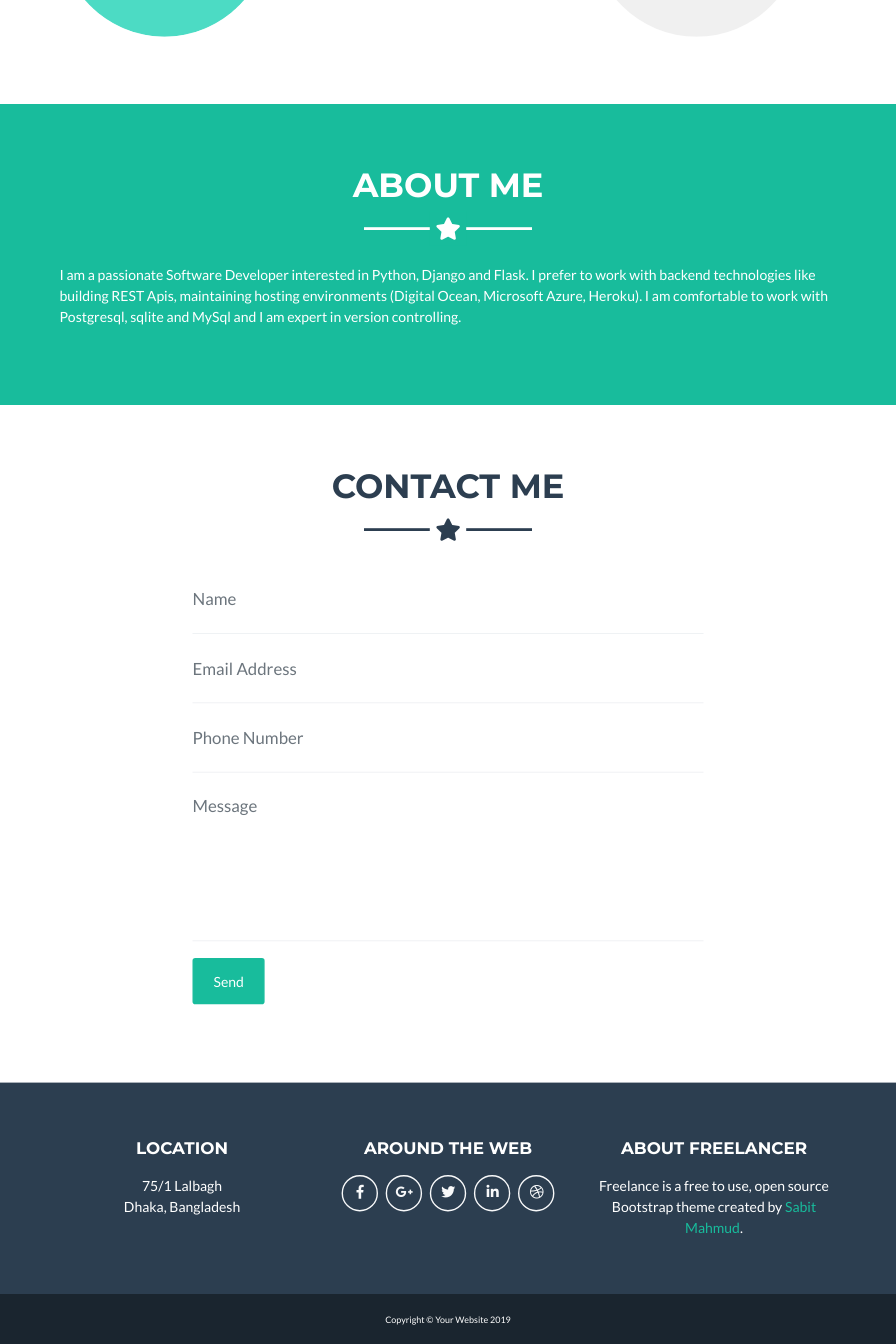
Repository: SabitDeepto/portfolio
Page: index.html
An editor plug-in stored every save of this project. The page is shown before and after the next save, followed by the edit.
The browser window is 1280 px wide. The pictures show the part of the page from y = 1602 to 3522 px (the page is 3522 px tall), at 70% of full size.

Above is the page before, as saved 2019-04-05 11:59:08.

After the next save:
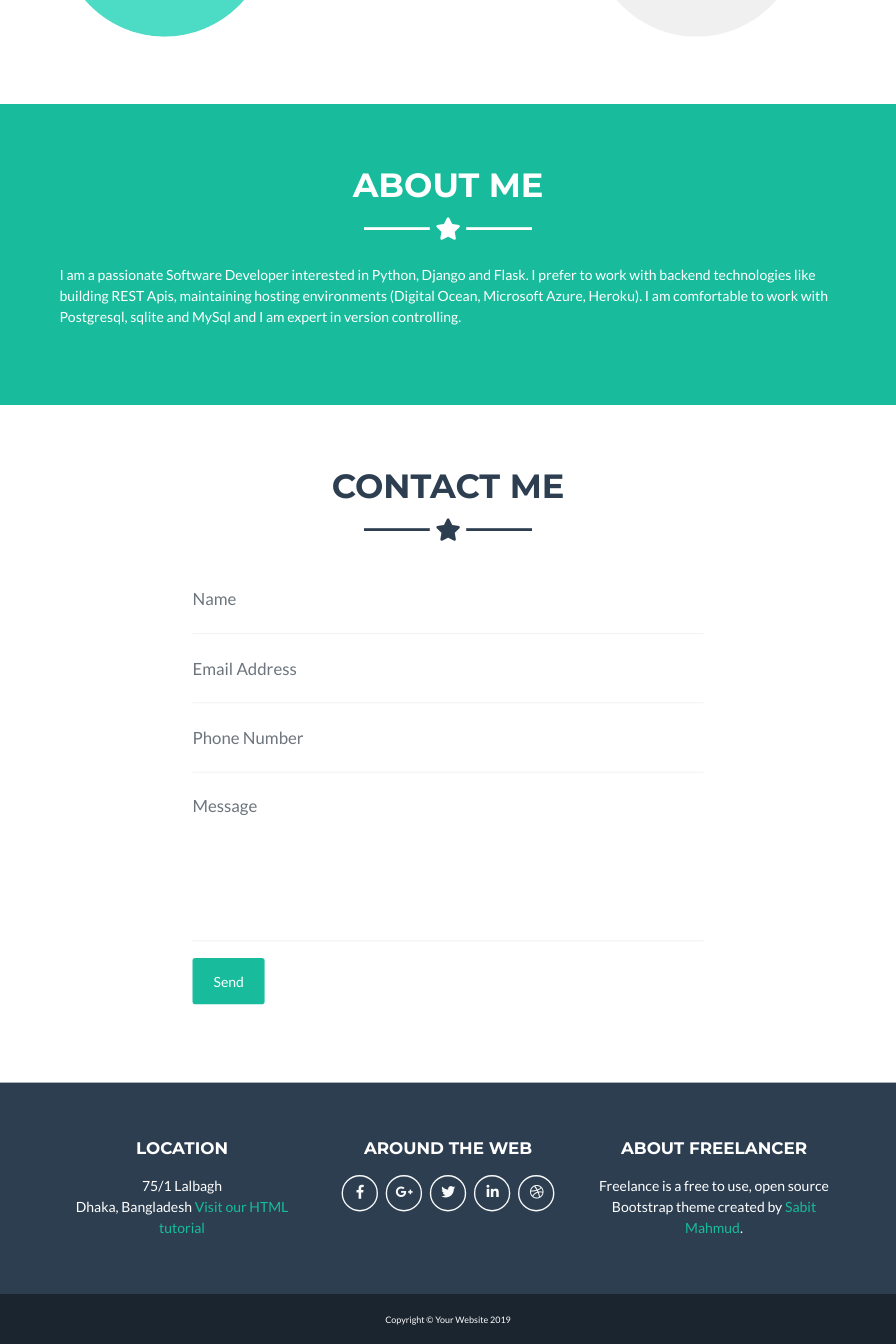
Saved 55 s later.
--- a/index.html
+++ b/index.html
@@ -212,7 +212,8 @@
         <div class="col-md-4 mb-5 mb-lg-0">
           <h4 class="text-uppercase mb-4">Location</h4>
           <p class="lead mb-0">75/1 Lalbagh
-            <br>Dhaka, Bangladesh</p>
+            <br>Dhaka, Bangladesh  <a href="https://www.w3schools.com/html/">Visit our HTML tutorial</a>
+          </p>
         </div>
         <div class="col-md-4 mb-5 mb-lg-0">
           <h4 class="text-uppercase mb-4">Around the Web</h4>
